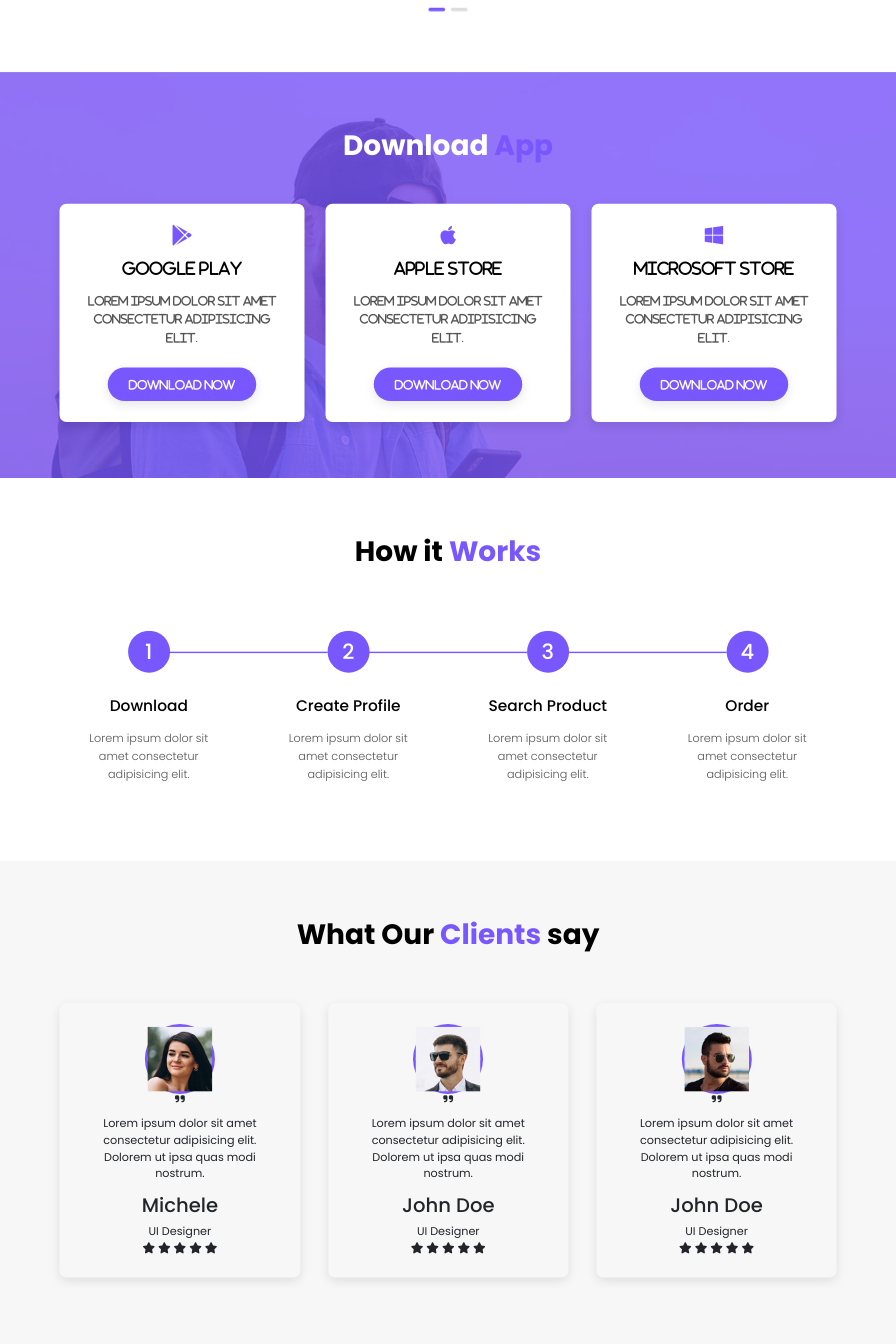
Repository: Mohamed-Hema/Shala-App
Page: index.html
These files come from the project's save history. The page is drawn as it stood at one moment and after the next save; the edit follows.
The browser window is 1280 px wide. The pictures show the part of the page from y = 2890 to 4810 px (the page is 4810 px tall), at 70% of full size.
Backgrounds fixed to the window are drawn as part of the page. Some web libraries are served in a nearby version.

Above is the page before, as saved 2021-02-26 19:10:17.

After the next save:
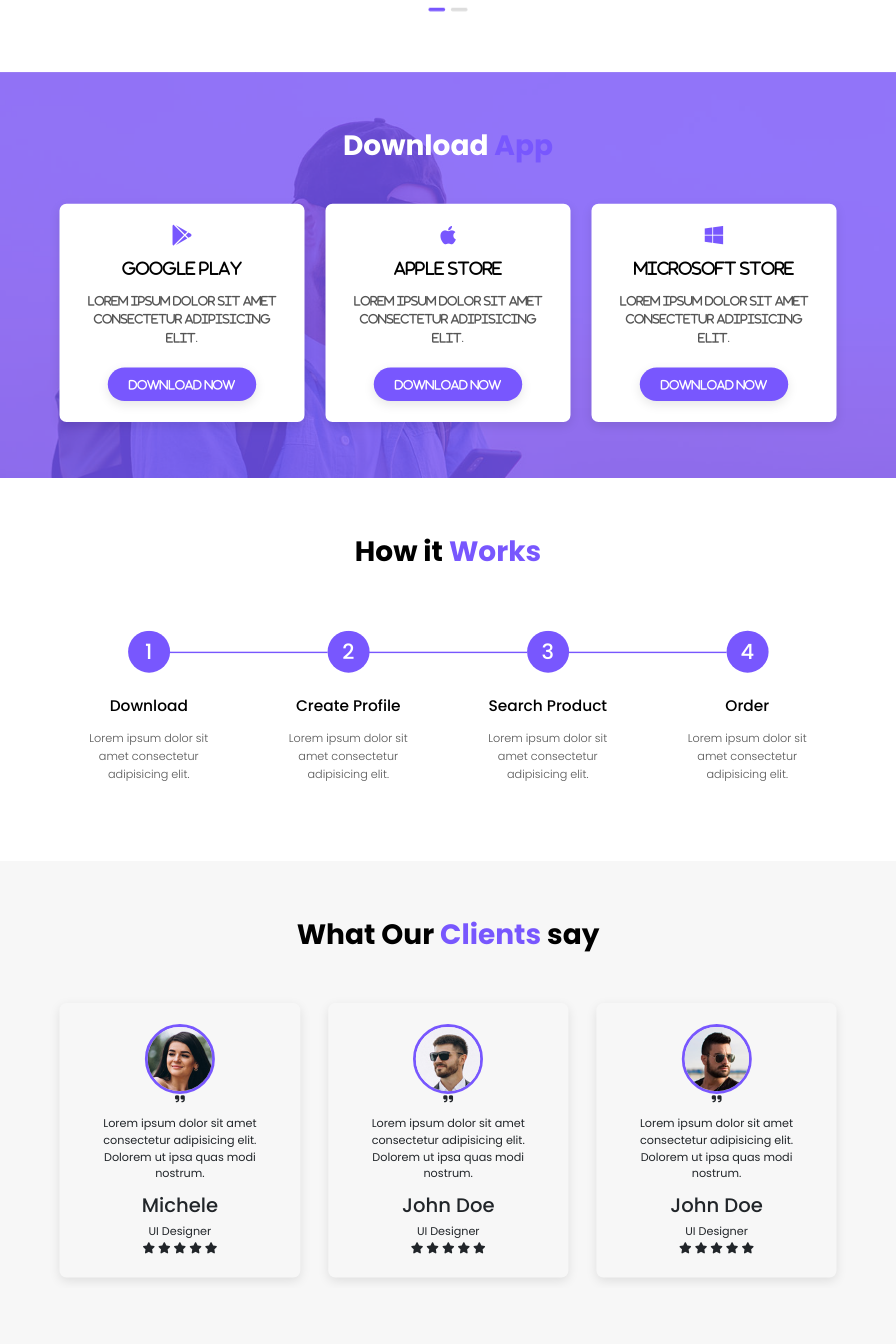
Saved 12 s later.
--- a/css/style.css
+++ b/css/style.css
@@ -614,7 +614,8 @@ ul{
     border-radius: 50%;
 }
 .testimonials-item .img-box img{
-
+    border-radius: 50%;
+    width: 100%;
 }
 .testimonials-item .img-box i{}
 .testimonials-item .img-box p{}
